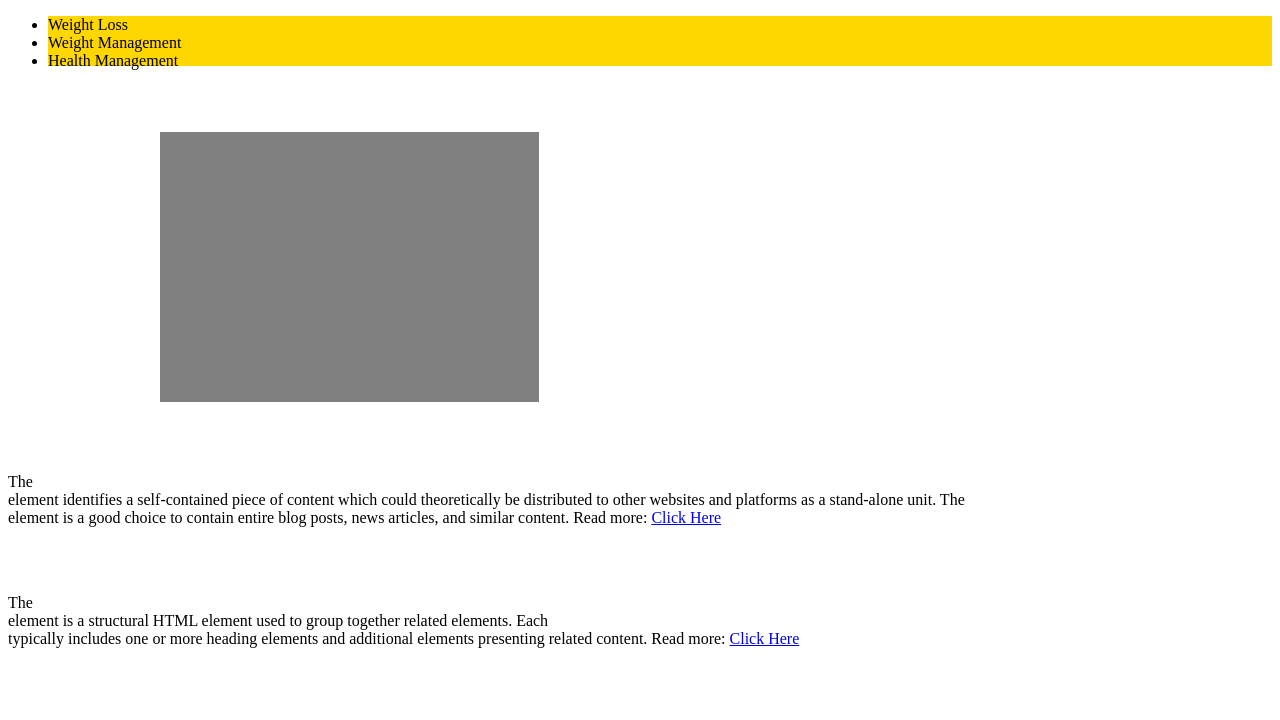
Repository: helloneibor/project1
Page: project1.html
The author's editor kept a record of every edit. The page is drawn from the files as they stood at one moment, then again after the next edit.
The browser window is 1280 px wide. The pictures show the whole page.

Above is the page before.

After the next edit:
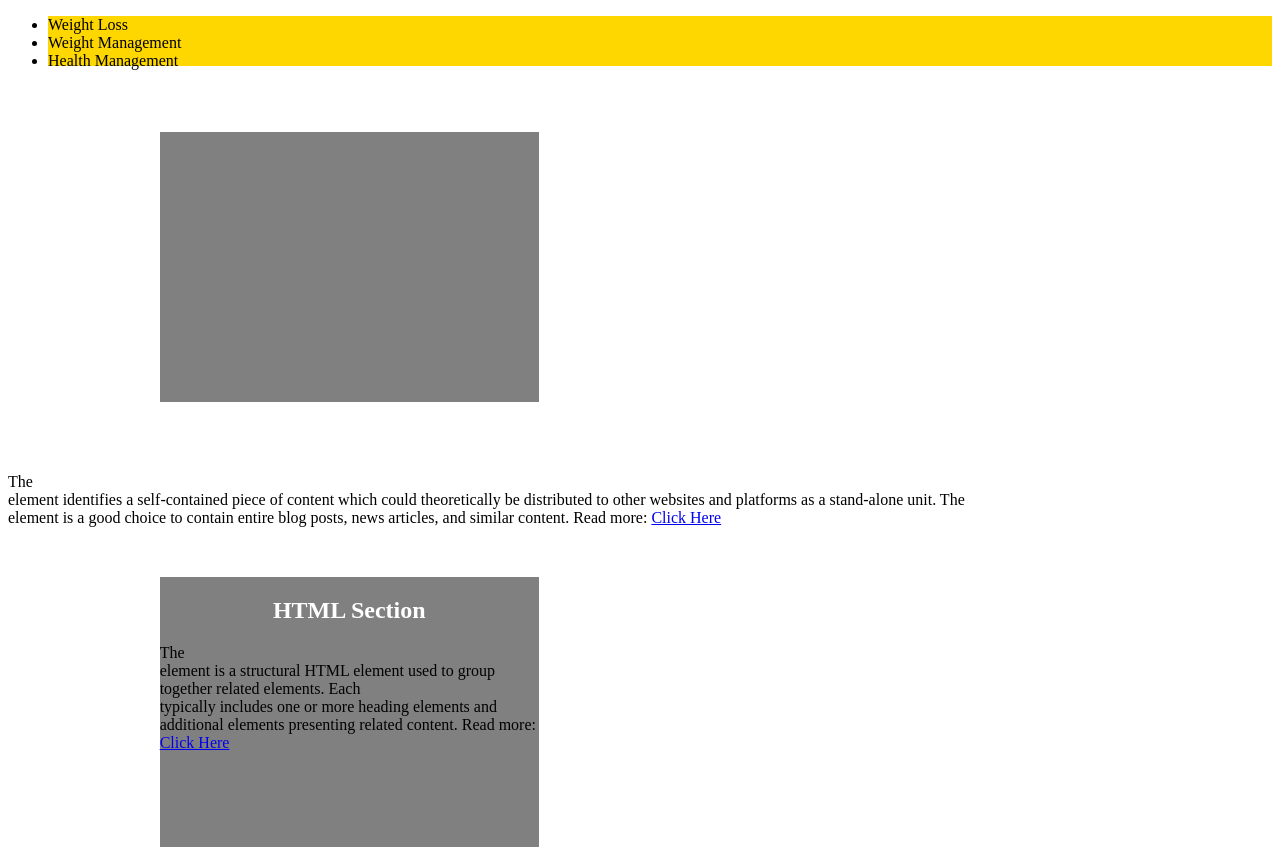
The edit:
--- a/project1.html
+++ b/project1.html
@@ -29,6 +29,7 @@
 
         </article>
         <article>
+            <div class="blocks">
             <h2> HTML Section </h2>
             The <section> element is a structural HTML element used to group together related elements. Each <section> typically includes one or more heading elements and additional elements presenting related content.
 
